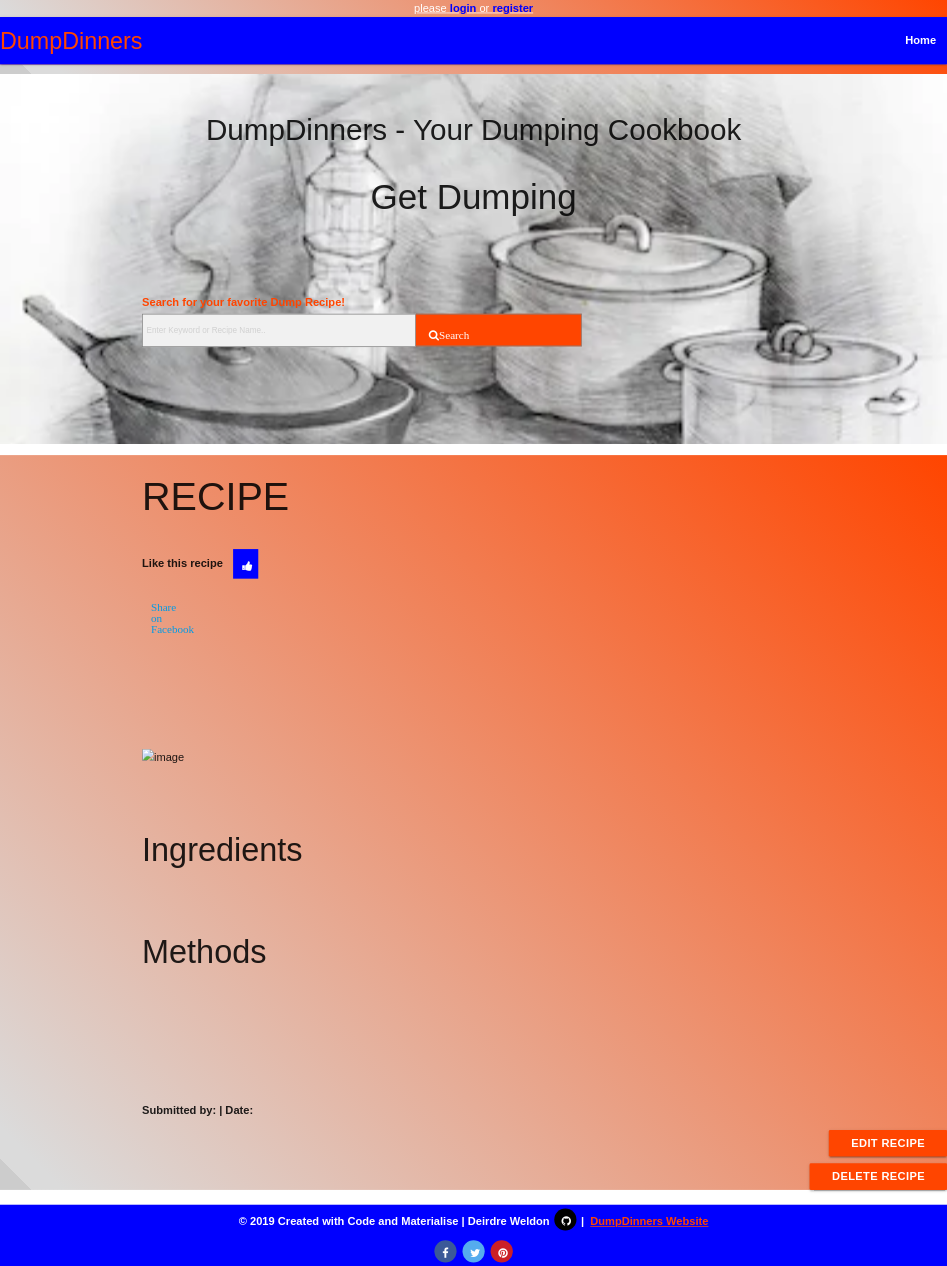
Repository: Deirdre18/dumpdinners-recipe-app
Page: templates/recipe.html
The author's editor kept a record of every edit. The page is drawn from the files as they stood at one moment, then again after the next edit.
The browser window is 1280 px wide. The pictures show the whole page, at 74% of full size.
Some web libraries are served in a nearby version. The page is served by the project's application, run on Flask 3 (app.py). The template is opened directly, without the code that normally fills it, so the values that code supplies are empty.

Above is the page before.

### templates/recipe.html
{% extends "base.html" %} {% block content %} {% with messages = get_flashed_messages() %} {% if messages %}
<strong class=flashes>


	{% for message in messages %}<br>
	{{ message }}</strong> {% endfor %}
</ul>
{% endif %} {% endwith %}

<div class="container recipe-container content-container">
	<!-- Recipe-->
	<section class="recipe">
		<div class="row">
			<div class="col s12 m12 l12">
				<div class="page-header">
					<h2 class="text-uppercase">RECIPE</h2>



					<!--rate recipe-->
				</div>
			</div>
		</div>

		<div>
			<!--http://www.sharelinkgenerator.com/-->
			<strong>Like this recipe</strong>&nbsp<a href="{{ url_for('likes', recipe_id=recipe._id) }}" <button class="waves-effect waves-light btn-small" type="submit" style="background-color:blue; color: white; margin-left:10px" name=" action"><i class="fa fa-thumbs-up" aria-hidden="true"></i></a>
			</button><br>
		</div>


		<!--http://www.sharelinkgenerator.com/-->
		<!--referred to this for help with sharing links - https://css-tricks.com/simple-social-sharing-links/-->
		<div class="shares">

			<ul>
				<li>
					<a href="https://www.facebook.com/sharer/sharer.php?u="><i class="fa facebook" aria-hidden="true">Share on Facebook</i></a>
				</li>

				<li>
					<a href="https://twitter.com/intent/tweet"><i class="fa twitter" aria-hidden="true"></i></a>
				</li>
			<ul>
		</div>

		<div class="row" style="text-align:center"></div>
		<h3><em>{{recipe.recipe_name}}</em></h3>

		<div row="recipe">

			<div class="col s12 m12 l12">
				<img src="{{ recipe.image }}" alt="image" height=300 width=285>

				<!--referred to https://stackoverflow.com/questions/41081380/white-space-pre-not-working-as-expected-->

				<div class="ingredients col s12 m6 l6" style="white-space:normal">
					<h3>Ingredients</h3>

					{{ recipe.ingredients }}
				</div>

				<div class="methods col s12 m6 l6" style="white-space:normal">
					<h3>Methods</h3>

					{{ recipe.methods }}

				</div>

				<p><strong>Submitted by:<strong>{{ recipe.username }} |  <strong>Date:</strong> {{recipe.date_added}}</p>




			</div>
		</div>

</div>



<!-- button for edit recipe -->


<!--Taken from Spence Barribal's code (student Code Institute).-->
{% if session['username'] == recipe.username %}
<div class="row float-right">
	<a href="{{ url_for('edit_recipe', recipe_id=recipe._id, username=username) }}" class="btn btn-secondary mr-3" style="background-color:orangered; float:right">Edit Recipe</a><br><br>
	<a href="{{ url_for('delete_recipe', recipe_id=recipe._id, username=username) }}" class="btn btn-danger" style="background-color:orangered; float: right">Delete Recipe</a>
</div>
{% endif %}




</div>
</div>
</div>
</div>
</div>
</div>
</div>


{% endblock %}

### templates/base.html
<!DOCTYPE html>
<html>

<head>
    <!--referred to this link for downloading bootstrap, as well as previous CI tutorials - https://forums.fedoraforum.org/showthread.php?314148-How-to-download-bootstrap-->

    <meta charset="UTF-8">
    <meta name="viewport" content="width=device-width, user-scalable=no, initial-scale=1.0, maximum-scale=1.0, minimum-scale=1.0">
    <meta http-equiv="X-UA-Compatible" content="ie=edge">
    <title>{{ title }} - DumpDinners</title>
    <link href="https://fonts.googleapis.com/icon?family=Material+Icons" rel="stylesheet">
    <link rel="stylesheet" href="https://cdnjs.cloudflare.com/ajax/libs/materialize/0.100.2/css/materialize.min.css">

    <!-- Social Share Kit CSS downloaded from https://socialsharekit.com/ -->
    <!--<link rel="stylesheet" href="assets/css/social-share-kit.css" type="text/css">-->

    <link rel="stylesheet" href="{{url_for('static', filename='social-share-kit.css')}}" type="text/css" />

    <link rel="stylesheet" href="{{url_for('static', filename='styles.css')}}" type="text/css" />


    <!--referred to this for favicon - https://www.flaticon.com/-->

    <link rel="icon" type="image/ico" href="/static/images/favicon.ico" />
    <link rel="stylesheet" href="https://cdnjs.cloudflare.com/ajax/libs/font-awesome/4.7.0/css/font-awesome.min.css">

    <style>
        body {
            font-family: Arial;
        }

        * {
            box-sizing: border-box;
        }

        form.example input[type=text] {
            padding: 5px;
            font-size: 11px;
            border: 1px solid grey;
            float: left;
            width: 4%;
            height: 1%;
            background: #f1f1f1;
        }

        form.example button {
            float: left;
            width: 2%;
            height: 2%;
            padding: 5px;
            background: #2196F3;
            color: white;
            font-size: 11px;
            border: 1px solid grey;
            border-left: none;
            cursor: pointer;
        }

        form.example button:hover {
            background: #0b7dda;
        }

        form.example::after {
            content: "";
            clear: both;
            display: table;
        }
    </style>



</head>

<body>

    <style scoped>
        .pattern {
            min-height: 100px;
        }

        #stripes4 {

            background-image: repeating-linear-gradient(45deg, #ccc, #ccc 30px, #dbdbdb 30px, #dbdbdb 60px, orangered);

        }
    </style>

    <!--to give background gradient color, referred to https://www.quackit.com/css/codes/patterns/css_background_stripes.cfm-->

    <div id="stripes4" class="pattern">


        <!--referred to code from Spence Barribal's github project for username in session below (Student at Code Institute).-->

        {% if 'username' in session %}
        <div class="text-light font-italic bg-dark pt-2 pr-4" style="text-align:center; color:blue"><strong>welcome back, {{ session['username'] }}</strong>
        </div>

        <!--Referred to stack overflow article on centering anchors.-->

        <div class="display:block; text-align: center">
            <a href="{{ url_for('add_recipe') }}" <button class="btn waves-effect waves-light" type="submit" style="background-color:orangered" name="action">Add Recipe
                <i class="material-icons right">playlist_add</i>
             </button></div></a>



            <div class="display:block; text-align: center">
                <a href="{{ url_for( 'logout') }}" style="text-decoration:underline; color:blue; text-align:center,color:blue"><strong>Logout</strong></a>
            </div>

            <div class="display:block; text-align: center">
                <a href="{{ url_for( 'allrecipes') }}" style="text-decoration:underline;color:blue; text-align:center"><strong>Home</strong></a>

            </div>

            {% else %}

            <div class="login" style="text-align:center;text-decoration:underline; color:white">please<a href="{{ url_for('login') }}" style="color:blue"><strong> login</a></strong> or <a href="{{ url_for('register') }}" style="color:blue"><strong> register</strong></a>
            </div>
            {% endif %}

            <nav>
                <div class="nav-wrapper">
                    <a class="brand-logo" style="color:orangered">DumpDinners</a>
                    <a href="#" data-activates="mobile-demo" class="button-collapse"><i class="material-icons">menu</i></a>
                    <ul id="nav-mobile" class="right hide-on-med-and-down">

                        {% if 'username' not in session %}

                        <li class="nav-item">
                            <a href="{{ url_for('index') }}" style="color:white"><strong>Home</a></strong>
                        </li>


                        {% endif %}

                    </ul>
                </div>

            </nav>
            <!--referred to https://www.w3schools.com/howto/howto_css_search_button.asp-->

            {% if 'username' in session %}
            <ul class="sidenav" id="mobile-demo">
                <li class="nav-item">
                    <a href="{{ url_for('allrecipes') }}" style="color:orangered;text-decoration:underline"><strong>Home</strong></a>
                </li>
                {% endif %}


            </ul>
        </div>

        <div id="index-banner" class="parallax-container">
            <div class="section no-pad-bot">
                <div class="container">

                    <div class="parallax">
                        <img src="{{ url_for('static', filename='uploads/' + 'still-life.jpg') }}">
                    </div>

                    <h2 class="header center" class="header"><small>DumpDinners - Your Dumping Cookbook</small></h2>

                    <h1 class="header center" class="header"><small>Get Dumping</small></h1>
                    <br><br><br>


                    <!--/*referred to https://www.w3schools.com/howto/howto_css_search_button.asp*/-->

                    <div class="search-container">

                        <h6 class="lead-search" style="color:orangered; text-align:left"><strong>Search for your favorite Dump Recipe!</strong></h6>
                        <form class="example" action="{{ url_for('search') }}">
                            <input type="text" placeholder="Enter Keyword or Recipe Name.." required name="query" style="margin-top:1px; width:40%; height:3em !important; color:black">
                            <div id="search">
                                <button type="submit" style="margin-top:1px; width:25%; height:4em !important; background-color:orangered"><i class="fa fa-search" style="font-size:15px;float:left">Search</i></button>
                            </div>
                        </form>
                    </div>


                </div>
            </div>
            <!--Referred to this link for adding photos dynamically. https://stackoverflow.com/questions/40877272/jinja2-not-displaying-the-images-->


        </div>

        <div id="stripes4" class="pattern">
            {% block content %}{% endblock %}
        </div>

        <script src="https://ajax.googleapis.com/ajax/libs/jquery/3.4.1/jquery.min.js"></script>
        <script src="https://cdnjs.cloudflare.com/ajax/libs/jquery/3.2.1/jquery.min.js"></script>
        <script src="https://cdnjs.cloudflare.com/ajax/libs/materialize/0.100.2/js/materialize.min.js"></script>
        <!--<script src="assets/js/social-share-kit.js"></script>-->
        <!--<script src="assets/js/social-share-kit.min.js"></script>-->

        <script type="text/javascript">
            $(document).ready(function() {
                $(".button-collapse").sideNav();
            });
        </script>

        <script type="text/javascript">
            $('.datepicker').pickadate({
                selectMonths: true, // Creates a dropdown to control month
                selectYears: 15, // Creates a dropdown of 15 years to control year,
                today: 'Today',
                clear: 'Clear',
                close: 'Ok',
                closeOnSelect: false // Close upon selecting a date,
            });
        </script>


        <script>
            $(document).ready(function() {
                $('.parallax').parallax();
            });
        </script>

        <!-- jquery to activate buttons -->

        <script type="text/javascript">
            $(document).ready(function() {
                $('.collapsible').collapsible();
                $('select').material_select();
            });
        </script>


        <!--// to create footer referred to https://www.w3schools.com/howto/tryit.asp?filename=tryhow_css_fixed_footer. For flexible footer referred to https://materializecss.com/footer.html // decided to make footer fixed rather than flexible-->

        <style>
            .footer {
                margin-top: 1px;
                display: fixed;
                min-height: 3vh;
                flex-direction: column;
                text-align: center;
                background-color: blue;
                color: white;
            }

            main {
                flex: 1 0 auto;
            }

            .container {
                margin-top: 15px;
                margin-bottom: 3px;
            }
        </style>



        <style>
            .fa {
                padding: 10px;
                font-size: 15px;
                width: 30px;
                text-decoration: none;
                margin: 5px 2px;
                border-radius: 50%;
                height: 30px;
            }

            .fa:hover {
                opacity: 0.7;

            }

            .fa-facebook {
                background: #3B5998;
                color: white;
                text-align: center;
            }

            .fa-twitter {
                background: #55ACEE;
                color: white;
                text-align: center;
            }


            .fa-youtube {
                background: #bb0000;
                color: white;
                text-align: center;
            }

            .fa-pinterest {
                background: #cb2027;
                color: white;
                text-align: center;
            }

            .fa-github {
                background: black;
                color: white;
                text-align: center;
                font-size: 15px;


            }

            strong {
                font-weight: bold;
            }
        </style>



        <div class="footer">

            <div class="container">
                <!--created blank spaces, referred to https://www.computerhope.com/jargon/n/nbsp.htm-->
                © 2019 Created with Code and Materialise&nbsp| Deirdre Weldon <a href="https://github.com/Deirdre18" class="fa fa-github"></a> |&nbsp
                <a href="https://dumpdinners-recipe-app.herokuapp.com/" style="color:orangered; text-decoration: underline">DumpDinners Website
        </div>

        <!--for social media icons and styles referred to https://www.w3schools.com/howto/howto_css_social_media_buttons.asp    -->



        <!-- Add font awesome icons -->
        <a href="https://www.facebook.com/" class="fa fa-facebook"></a>
                <a href="https://www.twitter.com/" class="fa fa-twitter"></a>
                <a href="https://www.pinterest.com/" class="fa fa-pinterest"></a>


            </div>
</body>

</html>

### app.py
import os
import re
from flask import Flask, render_template, redirect, request, url_for, session, flash
import json
from functools import update_wrapper
from flask_pymongo import PyMongo
import pymongo
from pymongo import MongoClient
from bson.objectid import ObjectId


from werkzeug.security import generate_password_hash, check_password_hash


app = Flask(__name__)

app.secret_key = "randomstring123"



if app.config['DEBUG'] == True:
    from config import dbconfig
    app.config["MONGO_DBNAME"] = 'dumpdinners'
    app.config["MONGO_URI"] = dbconfig()
else:
    app.config['MONGO_URI'] = os.environ.get("MONGO_URI")
    app.config['MONGO_DBNAME'] = os.environ.get("MONGO_DBNAME")

mongo = PyMongo(app)


@app.route('/')
@app.route('/index')
def index():
    """Home page the gets 4 recipes from DB that have been viewed the most"""
    four_recipes = mongo.db.recipes.find().limit(4)
    return render_template('allrecipes1.html', recipes=four_recipes)

@app.route('/allrecipes')
def allrecipes():
    recipes = mongo.db.recipes.find()
    return render_template('allrecipes.html', recipes=recipes)

@app.route('/allrecipes1')
def allrecipes1():
    recipes = mongo.db.recipes.find()
    four_recipes = mongo.db.recipes.find().limit(4)
    return render_template('allrecipes1.html', recipes=four_recipes)

@app.route('/add_recipe')
def add_recipe():
    recipes = mongo.db.recipes.find()
    return render_template('addrecipe.html',
        recipes=mongo.db.categories.find())



@app.route('/insert_recipe', methods=['POST'])
def insert_recipe():
    recipes = mongo.db.recipes
    recipes.insert_one(request.form.to_dict())
    flash ("Thank you, your recipe has been inserted!")
    return render_template('recipe.html', recipe=recipe)




@app.route('/edit_recipe/<recipe_id>', methods=['GET', 'POST'])
def edit_recipe(recipe_id):
    """Allows logged in user to edit their own recipes"""
    recipe_db = mongo.db.recipes.find_one_or_404({'_id': ObjectId(recipe_id)})
    all_categories =  mongo.db.categories.find()
    if request.method == 'GET':

        return render_template('editrecipe.html', recipe=recipe_db, categories=all_categories)


# referred to this article for advice on 'views' - https://stackoverflow.com/questions/5782311/mongodb-inc-embedded-value-syntax

@app.route('/update_recipe/<recipe_id>', methods=["POST"])
def update_recipe(recipe_id):
    recipes = mongo.db.recipes
    recipes.update( {'_id': ObjectId(recipe_id)},
    {
        '$set': {

        'recipe_name':request.form.get('recipe_name'),
        'ingredients':request.form.get('ingredients'),
        'image': request.form.get('image'),
        'category_name': request.form.get('category_name'),
        'username': request.form.get('username'),
        'methods': request.form.get('methods'),
        'short_description': request.form.get('short_description'),
        'date_added': request.form.get('date_added'),
        'is_vegetarian': request.form.get('is_vegetarian'),
        'views':1,
        'likes':1
        }
    })
    return redirect(url_for('allrecipes'))




@app.route('/delete_recipe/<recipe_id>')
def delete_recipe(recipe_id):
    mongo.db.recipes.remove({'_id': ObjectId(recipe_id)})
    return redirect(url_for('allrecipes'))

@app.route('/search')
def search():
    """Provides logic for search bar"""
    orig_query = request.args['query']
    # using regular expression setting option for any case
    query = {'$regex': re.compile('.*{}.*'.format(orig_query)), '$options': 'i'}
    # find instances of the entered word in title, tags or ingredients
    results = mongo.db.recipes.find({
        '$or': [
            {'recipe_name': query},
            {'ingredients': query},
            {'recipe_name': query}
        ]
    })
    return render_template('search.html', query=orig_query, results=results)


@app.route('/recipe/<recipe_id>')
def recipe(recipe_id):

    """Shows full recipe and increments view"""
    mongo.db.recipes.find_one_and_update(
        {'_id': ObjectId(recipe_id)},
        { '$inc': { 'views': 1}}



    )
    recipe_db = mongo.db.recipes.find_one_or_404({'_id': ObjectId(recipe_id)})
    return render_template('recipe.html', recipe=recipe_db)


@app.route('/likes/<recipe_id>')
def likes(recipe_id):

    """Shows full recipe and increments view"""
    mongo.db.recipes.find_one_and_update(
        {'_id': ObjectId(recipe_id)},
        { '$inc': { 'likes': 1}}



    )
    recipe_db = mongo.db.recipes.find_one_or_404({'_id': ObjectId(recipe_id)})
    return redirect(url_for('allrecipes1'))




#Copied routing for login from Deborah Thompson, student at Code Institute for login routing - #https://github.com/debbiect246/recipe-app#


@app.route('/login', methods=["GET","POST"])
def login():
    if request.method == 'POST':
        login_user = mongo.db.register.find_one({'username': request.form['username']})
        form = request.form
        if login_user:
            if(form["password"] == login_user["password"]): # if password correct
                session['username'] = login_user["username"]
                return redirect(url_for('allrecipes',register_id = login_user["_id"]))
            else: # and if password is not correct
               flash("Incorrect password, please try again or register")
        else:# if user does not exist
            flash("User does not exist")
            return redirect(url_for('register'))
    return render_template('login.html')


#Copied routing for register from Deborah Thompson, student at Code Institute for login routing - #https://github.com/debbiect246/recipe-app#

@app.route('/register', methods=['POST','GET'])
def register():
    if request.method == 'POST':
        register = mongo.db.register
        register_id = register.insert_one(request.form.to_dict())
        # print(register)
        object_id = register_id.inserted_id
        flash("Thank you for registering, please login to view more recipes and add your own!")
        return redirect(url_for('login'))
    return render_template('register.html')




#Copied routing for allrecipeslist from Deborah Thompson, student at Code Institute for login routing - #https://github.com/debbiect246/recipe-app#


@app.route('/logout')
def logout():
    """Clears session and redirects to home"""

    session.clear()
    flash ("Thank you, hope to see you again soon!")
    return redirect(url_for('login'))




if __name__ == '__main__':
    app.run(host=os.environ.get('IP'),
        port=int(os.environ.get('PORT')))

### static/styles.css
.card-body {
    width: 75%;
    margin-left: 0;
    left: auto;
    right: auto;
    white-space: pre-wrap;
}

#search [type="search"] [name="query"]
{
     height: 30px;
     width: 50px;
}


h3 {margin-top: 10%}

.main { margin-top: 20px;}

.card-image {width:25%;}

h5 .lead-search {margin-bottom: 0}

p .heading {margin-top: 30%;}


.card-image {white-space: pre-wrap;
            margin-bottom: -80px;
}


h1 {text-align: center;
    margin-top: 20px;

}

p {margin-top: 20%;}



.nav-wrapper {background-color: blue;}

#Add {color: indigo;
}

#View {color: indigo;
}

.brand-logo{text-align:left;}

.btn_small {
    height: 24px;
    width: 60px;
    line-height: 24px;
    margin: 5px 5px;
    padding: 0 0.5em;
}

Loaded but not shown: static/social-share-kit.css (no copy from this time; the picture is the same without it)

After the next edit:
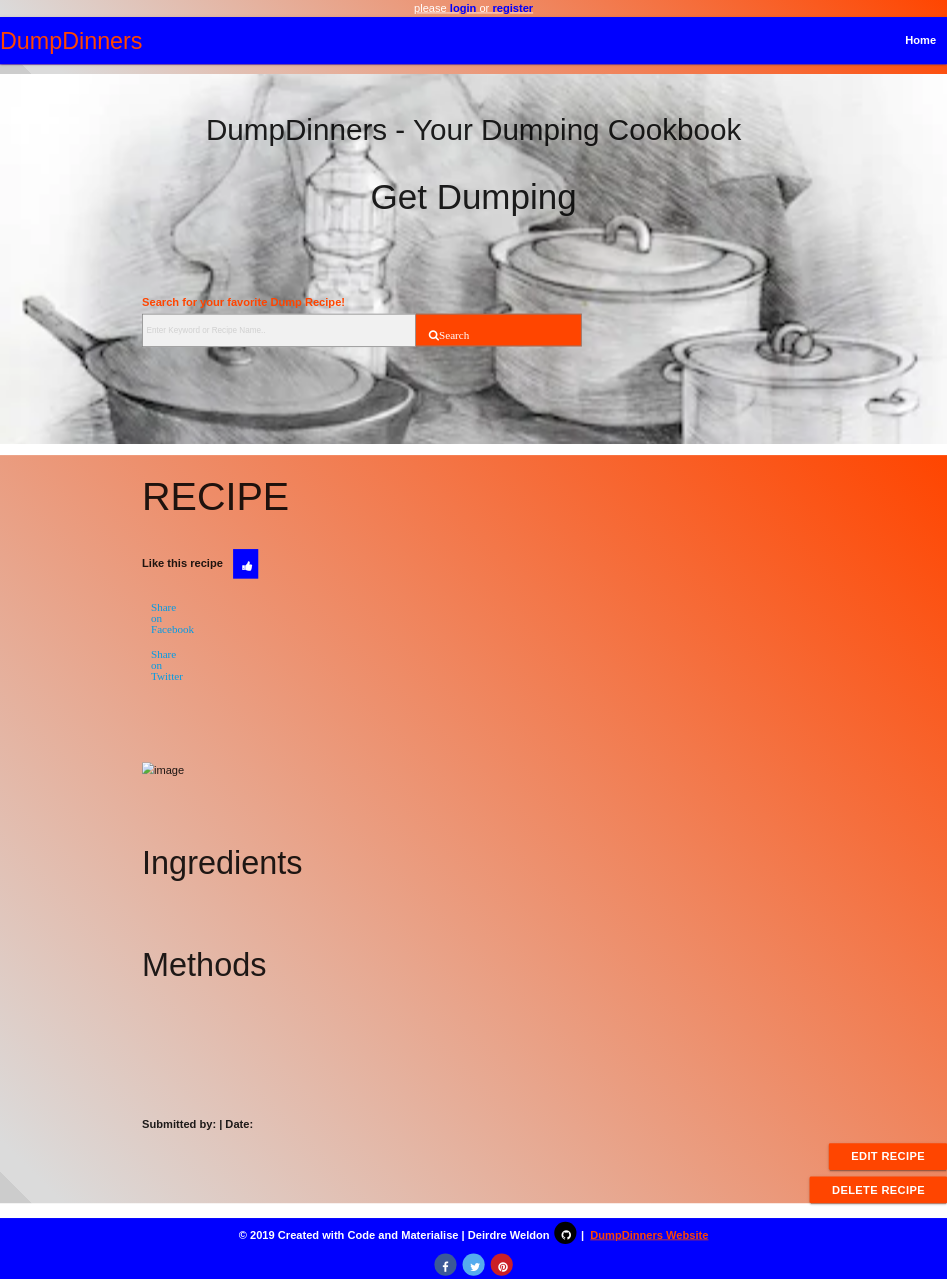
The edit:
--- a/templates/recipe.html
+++ b/templates/recipe.html
@@ -39,7 +39,7 @@
 				</li>
 
 				<li>
-					<a href="https://twitter.com/intent/tweet"><i class="fa twitter" aria-hidden="true"></i></a>
+					<a href="https://twitter.com/intent/tweet"><i class="fa twitter" aria-hidden="true">Share on Twitter</i></a>
 				</li>
 			<ul>
 		</div>
